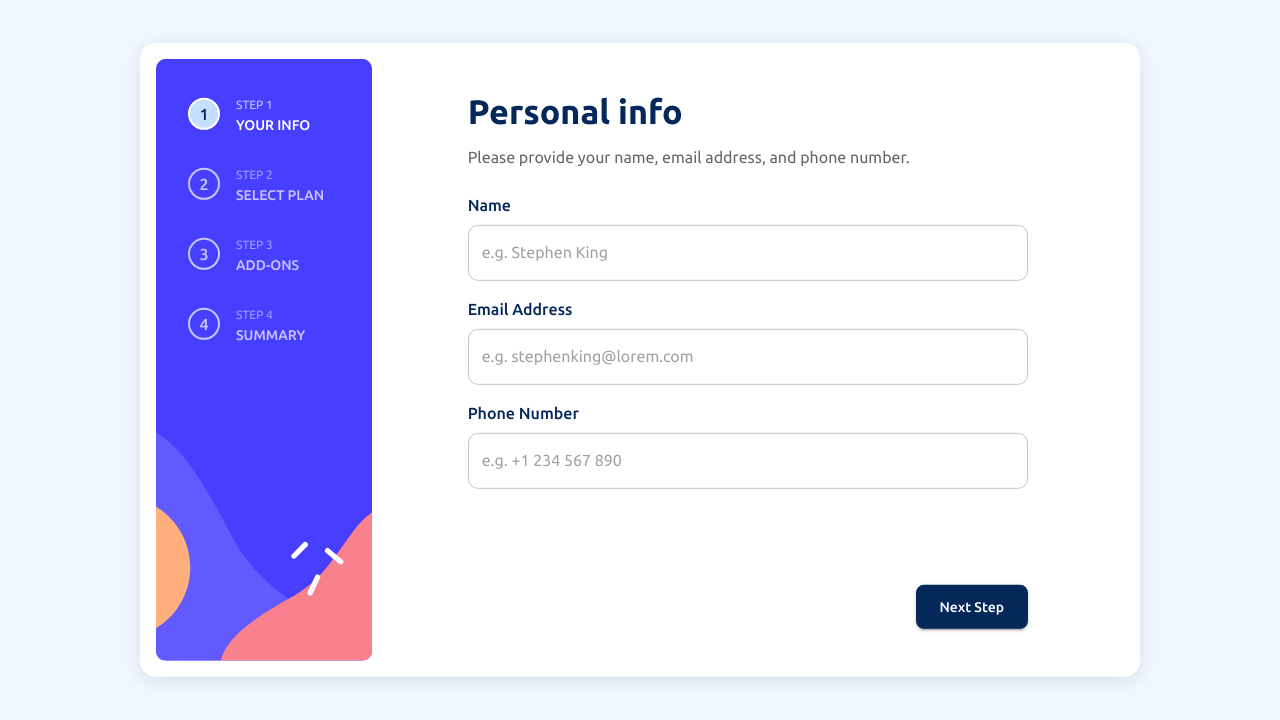
Repository: ozerrrs/chalange7days
Page: / (app in 7dayschalange/7dayschallange/)
An editor plug-in stored every save of this project. The page is shown before and after the next save, followed by the edit.
The browser window is 1280 px wide. The pictures show the whole page.
The project was rebuilt for these pictures with package versions that can differ from the ones it lists, and the page was loaded fresh each time. Also part of the build but not shown: 7dayschalange/7dayschallange/vite.config.js.

Above is the page before, as saved 2025-03-05 14:58:29.

After the next save:
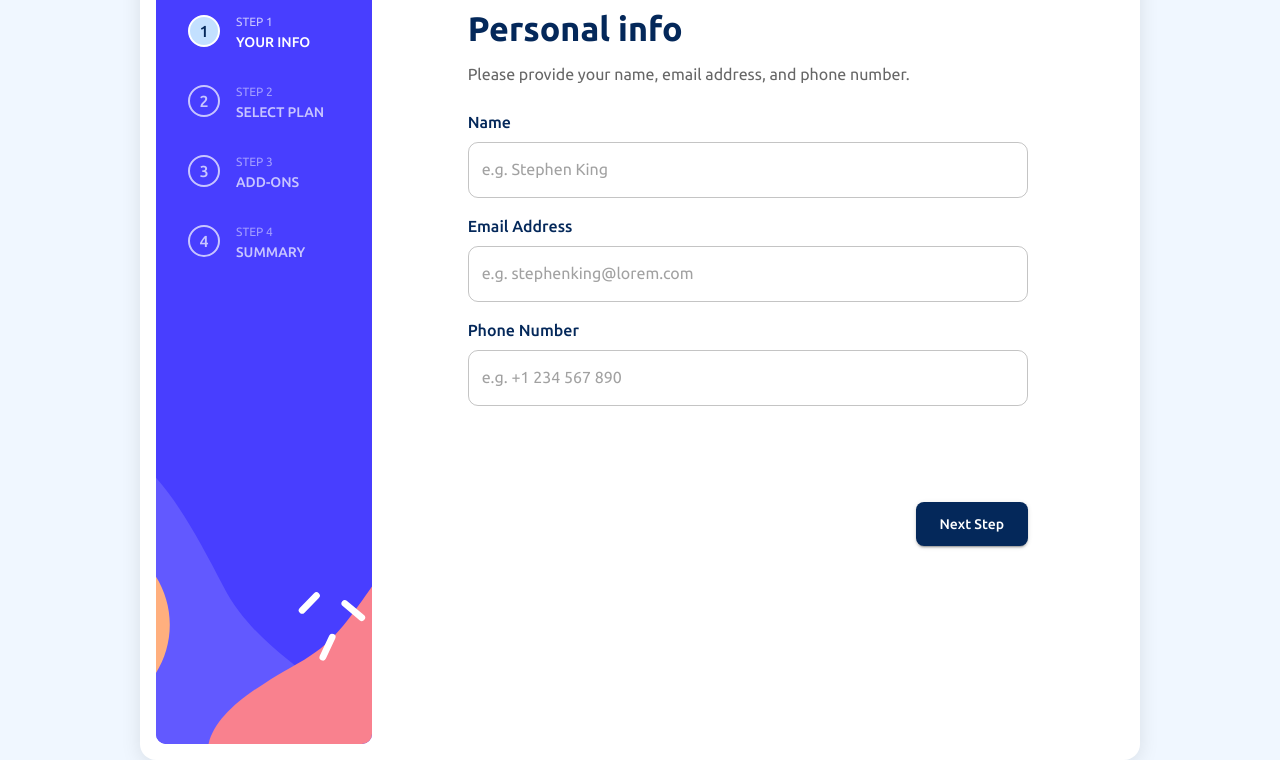
Saved 9 s later.
--- a/7dayschalange/7dayschallange/src/pages/firstPage.jsx
+++ b/7dayschalange/7dayschallange/src/pages/firstPage.jsx
@@ -23,7 +23,7 @@ const FormContainer = styled(Paper)(({ theme }) => ({
   display: "flex",
   overflow: "hidden",
   minWidth: 1000,
-  minHeight: 600,
+  minHeight: 800,
   margin: "0 auto",
   position: "absolute",
   top: "50%",
